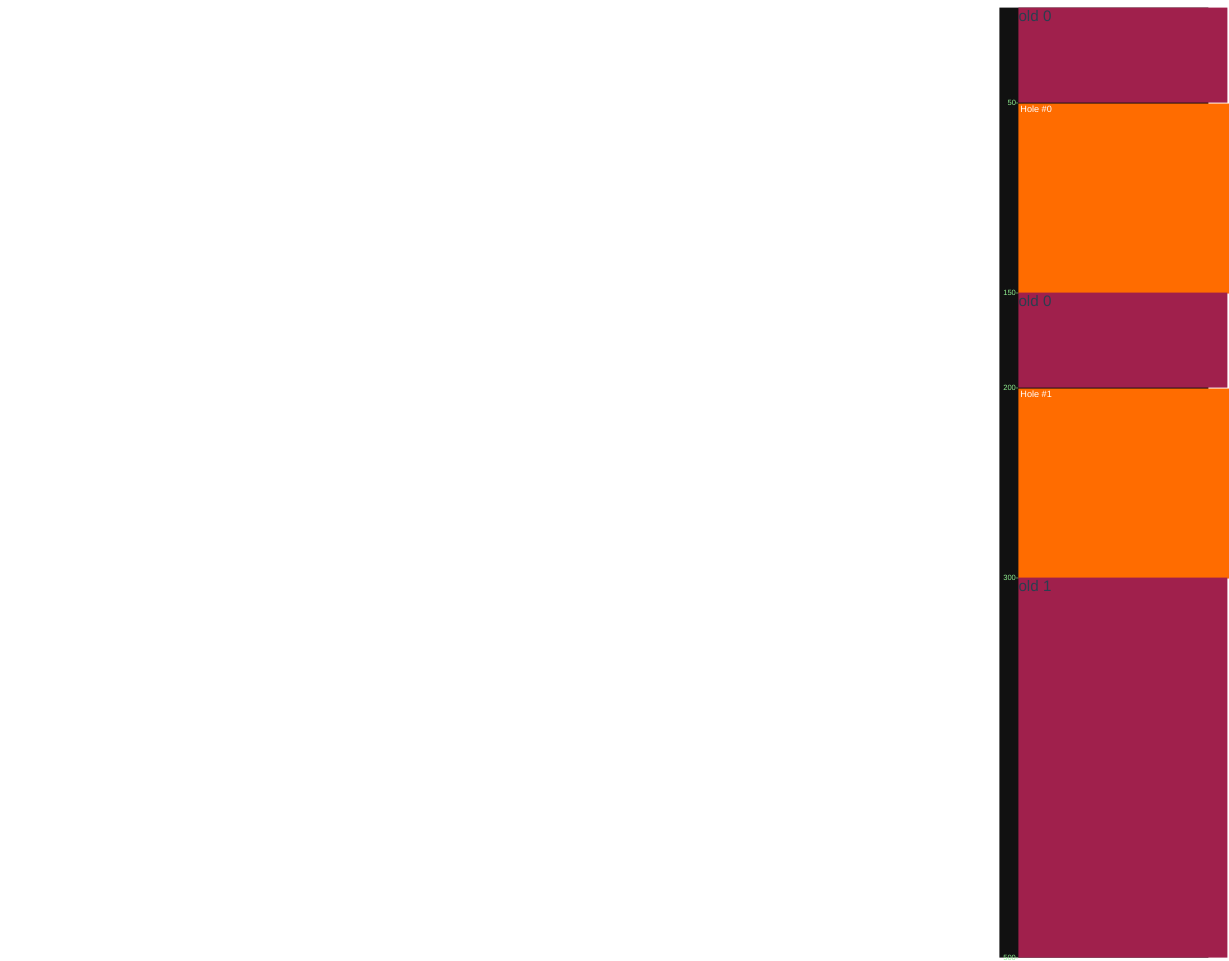
Repository: atout811/memory-allocation-project
Page: /#/final
These files come from the project's save history. The page is drawn as it stood at one moment and after the next save; the edit follows.
The browser window is 1280 px wide. The page is 1294 px wide, so the pictures cover 1294 px, including what lies to the right of the window. The pictures show the whole page, at 95% of full size.
The project was rebuilt for these pictures with package versions that can differ from the ones it lists, and the page was loaded fresh each time. Also part of the build but not shown: src/views/MemoryAndHoles.vue, src/views/Process.vue, src/views/Methods.vue.

Above is the page before, as saved 2021-06-09 21:11:52.

### src/App.vue
<template>
  <router-view v-slot="{ Component }">
    <transition name="fade" mode="out-in">
      <component :is="Component" />
    </transition>
  </router-view>
</template>
<script>
import MemHole from "./views/MemoryAndHoles.vue";
export default {
  name: "App",
  components: { MemHole },
};
</script>
<style lang="scss">
#app {
  font-family: Avenir, Helvetica, Arial, sans-serif;
  -webkit-font-smoothing: antialiased;
  -moz-osx-font-smoothing: grayscale;
  text-align: center;
  color: #2c3e50;
  display: flex;
  flex-direction: column;
  align-items: center;
}
a {
  font-weight: bold;
  color: #42b983;

  &.router-link-exact-active {
    color: #42b983;
  }
}
.fade-enter-active,
.fade-leave-active {
  transition: opacity 0.5s ease;
}
.fade-enter-from, .fade-leave-to /* .fade-leave-active below version 2.1.8 */ {
  opacity: 0;
}
</style>

### src/router/index.js
import { createRouter, createWebHashHistory } from "vue-router";
import Process from "../views/Process";
import MemoryAndHoles from "../views/MemoryAndHoles";
import Methods from "../views/Methods";
import Final from "../views/Final";

const routes = [
  {
    path: "/",
    name: "Home",
    component: MemoryAndHoles,
  },
  {
    path: "/process",
    name: "Process",
    component: Process,
  },
  {
    path: "/methods",
    name: "Methods",
    component: Methods,
  },
  {
    path: "/final",
    name: "Final",
    component: Final,
  },
];

const router = createRouter({
  history: createWebHashHistory(),
  routes,
});

export default router;

### src/store/index.js
import { createStore } from "vuex";

export default createStore({
  state: {
    input: {
      memSize: 500,
      Holes: [
        { starting: 50, size: 100 },
        { starting: 200, size: 100 },
      ],
      Processes: [
        {
          name: "P0",
          segments: [
            { name: "code", size: 10 },
            { name: "stack", size: 5 },
            { name: "data", size: 20 },
          ],
        },
        {
          name: "P1",
          segments: [
            { name: "code", size: 15 },
            { name: "stack", size: 20 },
            { name: "data", size: 30 },
          ],
        },
      ],
      Method: "first-fit",
    },
  },
  mutations: {},
  actions: {},
  modules: {},
});

### src/views/Final.vue
<template>
  <div class="memory"></div>
</template>

<script>
export default {
  name: "Final",

  data() {
    return {
      data: this.$store.state.input,
    };
  },
  mounted: function () {
    const memory = document.querySelector(".memory");
    const scale = 2;

    let totalMemorySize = this.data.memSize;
    // const submitbtn = document.getElementById("submit")
    // const memSize = document.getElementById("memSize")
    // submitbtn.onclick=()=>{
    //     let val = memSize.value
    //     let intval = parseInt(val)
    //     memSize.value =intval
    //     totalMemorySize=intval
    //     renderMemory()
    // }
    // let holes = [
    //   [140, 100],
    //   [40, 80],
    //   [260, 50],
    //   [340, 30],
    //   [400, 80],
    //   [450, 60],
    //   [510, 20],
    // ];
    let holes = this.data.Holes.map((item) => [item.starting, item.size]);

    function orderHoles() {
      holes = holes.sort((a, b) => a[0] - b[0]);
    }
    function renderMemory() {
      memory.style.height = `${totalMemorySize * scale}px`;
    }
    renderMemory();
    // let processes = [
    //   [null, { code: [10], data: [30], stack: [16] }, "p1"],
    //   [null, { code: [15], data: [30], stack: [25] }, "p3"],
    //   [null, { code: [10], data: [40], stack: [18] }, "p2"],
    //   [null, { code: [12], data: [10], stack: [12] }, "p4"],
    // ]; //start,size,name
    // let segmetns = this.data.Processes.segments
    let obj = {};
    let test = this.data.Processes.map((item) => [
      null,
      item.segments.forEach((el) => {
        obj[el.name] = [Number(el.size)];
      }),
      item.name,
    ]);
    let processes = test.map((item) => [null, obj, item.name]);
    let OldProcess = [];
    console.log("processess: ", processes);

    function generateOldProcess() {
      const firstHoleStart = holes[0][0];

      if (firstHoleStart > 0) OldProcess.push([0, firstHoleStart, `old ${0}`]);

      for (let h = 0; h < holes.length; h++) {
        const holeStart = holes[h][0];
        const HoleSize = holes[h][1];
        const HoleEnd = holeStart + HoleSize;

        if (h === holes.length - 1) {
          const lastHole = totalMemorySize - HoleEnd;
          if (HoleEnd < totalMemorySize)
            OldProcess.push([HoleEnd, lastHole, `old ${h}`]);
        } else {
          const nextStart = holes[h + 1][0];
          OldProcess.push([HoleEnd, nextStart - HoleEnd, `old ${h}`]);
        }
      }
    }
    // alert(holes[0][0])
    function renderHoles(type, holes) {
      // holes ==>
      for (let hole = 0; hole < holes.length; hole += 1) {
        const startingIndex = holes[hole][0];
        const size = holes[hole][1];

        // alert(hole)
        const holeBox = document.createElement("div");
        if (type === "old") {
          holeBox.innerText = holes[hole][2];
          holeBox.classList.add("oldProcess");
        } else if (type === "hole") {
          holeBox.innerText = "Hole #" + hole;
          holeBox.classList.add("hole");
        } else if (type === "process") {
          holeBox.innerText = holes[hole][2];
          holeBox.classList.add("process");
        }

        holeBox.style.top = `${startingIndex * scale}px`;
        holeBox.style.height = `${size * scale}px`;
        const endSize = document.createElement("span");
        const endSizeContainer = document.createElement("div");
        endSizeContainer.classList.add("endSizeContainer");
        endSizeContainer.appendChild(endSize);
        endSize.innerText = startingIndex + size;

        endSize.classList.add("holeEndIndex");
        if (startingIndex !== null) {
          holeBox.appendChild(endSizeContainer);
          memory.appendChild(holeBox);
        } else {
          // ERROR THE PROCESS CAN'T BE ALLOCATED
        }
      }
    }

    const totalProcessSize = (process) =>
      Object.values(process).reduce((prev, acc) => prev + acc);

    function allocate() {
      for (let p = 0; p < processes.length; p++) {
        // DON'T TOUCH MY SHIT 😡😡😡
        firstFit(processes[p]);
      }
    }

    function firstFit(p, totalProcessSize) {
      // forEach segment loop over the holes
      // create a temp allocation array
      // that array
      // const size =totalProcessSize
      const [IsAllocated, segments, processName] = p;

      let tempHoles = [...holes];
      console.log("tempHoles", tempHoles);

      Object.entries(segments).forEach(([name, value]) => {
        console.log("yalalaaaghwwyyy", value);
        tempHoles.every((hole, index) => {
          const [holeStart, holeSize] = hole;
          let size = value.size;

          if (size <= holeSize) {
            value[1] = tempHoles[index][0];
            const segEnd = size + holeStart;
            tempHoles[index][0] = segEnd;
            tempHoles[index][1] = tempHoles[index][1] - size;
            return false;
          } else {
            return true;
          }
        });
      });
      // segments.forEach(({ size }) => {
      //   tempHoles.every((hole, index) => {
      //     const [holeStart, holeSize] = hole;
      //     // let [size, segmentStartingIndex] = value;

      //     if (size <= holeSize) {
      //       size = tempHoles[index][0];
      //       const segEnd = size + holeStart;
      //       tempHoles[index][0] = segEnd;
      //       tempHoles[index][1] = tempHoles[index][1] - size;
      //       return false;
      //     } else {
      //       return true;
      //     }
      //   });
      // });

      // if(size<holeSize){
      //     p[0] = holeStart
      //     const processEnd = holeStart+size
      //     holes[h][0] = processEnd
      //     holes[h][1]= holes[h][1] - size
      //     return
      //     //update the hole
      // }

      console.log("PROCESS", processes);
    }

    function renderProcess() {
      processes.forEach((p) => {
        // if(accumalatedStartingIndex!==undefined){

        // loop over segments:
        Object.keys(p[1]).forEach((s) => {
          console.log("SEGMEMT", [p[1][s][1], [p[1][s]][0]]);
          renderHoles("process", [[p[1][s][1], p[1][s][0], `${p[2]}:${s}`]]);
          // accumalatedStartingIndex+=p[1][s]
        });
        // }else{
        // PROCESS CAN NOT BE ALLOCATED (NO ENGOUGH SPACE!)
        // }
      });
    }

    function concateHoles() {
      holes.forEach((h, index) => {
        const [start, size] = h;
        if (index < holes.length - 1) {
          const end = start + size;
          const [nextStart, nextSize] = holes[index + 1];
          if (end >= nextStart) {
            holes[index][1] = nextStart + nextSize - start;
            holes = [...holes.slice(0, index + 1), ...holes.slice(index + 2)];
            concateHoles();
          }
        }
      });
    }

    function deleteProcess(processName, isOld) {
      // create a hole
      let start, ProcessSize, AfterDelete, segments;
      if (isOld) {
        // deleteProcess()
        const processIndex = OldProcess.findIndex((p) => p[2] === processName);
        AfterDelete = [
          ...OldProcess.slice(0, processIndex),
          ...OldProcess.slice(processIndex + 1),
        ];
        // [start,segments,name] =processes[processIndex]
        start = OldProcess[processIndex][0];
        ProcessSize = OldProcess[processIndex][1];

        OldProcess = AfterDelete;
        holes.push([start, ProcessSize]);
      } else {
        const processIndex = processes.findIndex((p) => p[2] === processName);
        console.log("INDDDEX", processIndex);
        AfterDelete = [
          ...processes.slice(0, processIndex),
          ...processes.slice(processIndex + 1),
        ];
        //  recover Holes
        const [starter, segments] = processes[processIndex];
        Object.values(segments).forEach(([size, starting]) => {
          console.log(size, starting);
          holes.push([starting, size]);
        });
        processes = AfterDelete;
      }

      orderHoles();
      concateHoles();
      // [null,{code:10,data:30,stack:16},"p1"]
      render();
    }
    orderHoles();
    concateHoles();
    generateOldProcess();
    // deleteProcess("old 0",true)
    // deleteProcess("old 2",true)

    function clear() {
      while (memory.firstChild) {
        memory.removeChild(memory.lastChild);
      }
    }

    function render() {
      clear();
      renderHoles("hole", holes);
      renderHoles("old", OldProcess);
      // renderProcess();
    }
    render();
    // deleteProcess("p2", false);
    // deleteProcess("p1", false);
    // deleteProcess("p4", false);
  },
};
</script>

<style scoped >
.memory {
  background-color: #111;
  /* padding: 20px; */
  /* border-radius: 5px; */
  display: flex;
  flex-direction: column;
  width: 200px;
  align-self: flex-end;
  height: 1150px;
  /* top: 5%; */
  position: absolute;
  padding-left: 20px;
  /* overflow: hidden; */
}
.memory >>> .hole {
  background-color: #ff6c00;
  /* border: 0.7px solid #0f0; */

  margin-top: 1px;
  /* height: 100px; */
  display: flex;
  /* align-self: center; */
  width: 100%;

  /* align-items: center; */
  /* justify-content: center; */
  position: absolute;
}
.memory >>> .oldProcess {
  background-color: #a0204c;
  /* border: 0.7px solid darkred; */
  display: flex;

  width: 100%;
  position: absolute;
}
.memory >>> .process {
  background-color: #23103a;
  /* border-bottom: 0.7px solid #eae7af; */
  border-top: 0.7px solid lightgreen;
  display: flex;
  width: 100%;
  position: absolute;
}

.memory >>> .hole,
.oldProcess,
.process {
  font-size: 0.6rem;
  text-transform: capitalize;
  padding-left: 2px;
  color: #fff;
}

.memory >>> .endSizeContainer {
  /* background-color: red !important; */
  width: 20px;
  z-index: 1000;
  color: lightgreen !important;
  color: #ccc;
  font-size: 0.5rem;

  position: absolute;
  top: calc(100% - 5.4px);
  text-align: right;
  display: block;
  left: -20px;
}
.memory >>> .holeEndIndex::after {
  content: "-";
}
</style>

Loaded but not shown: public/index.html (common file); src/main.js (common file)

After the next save:
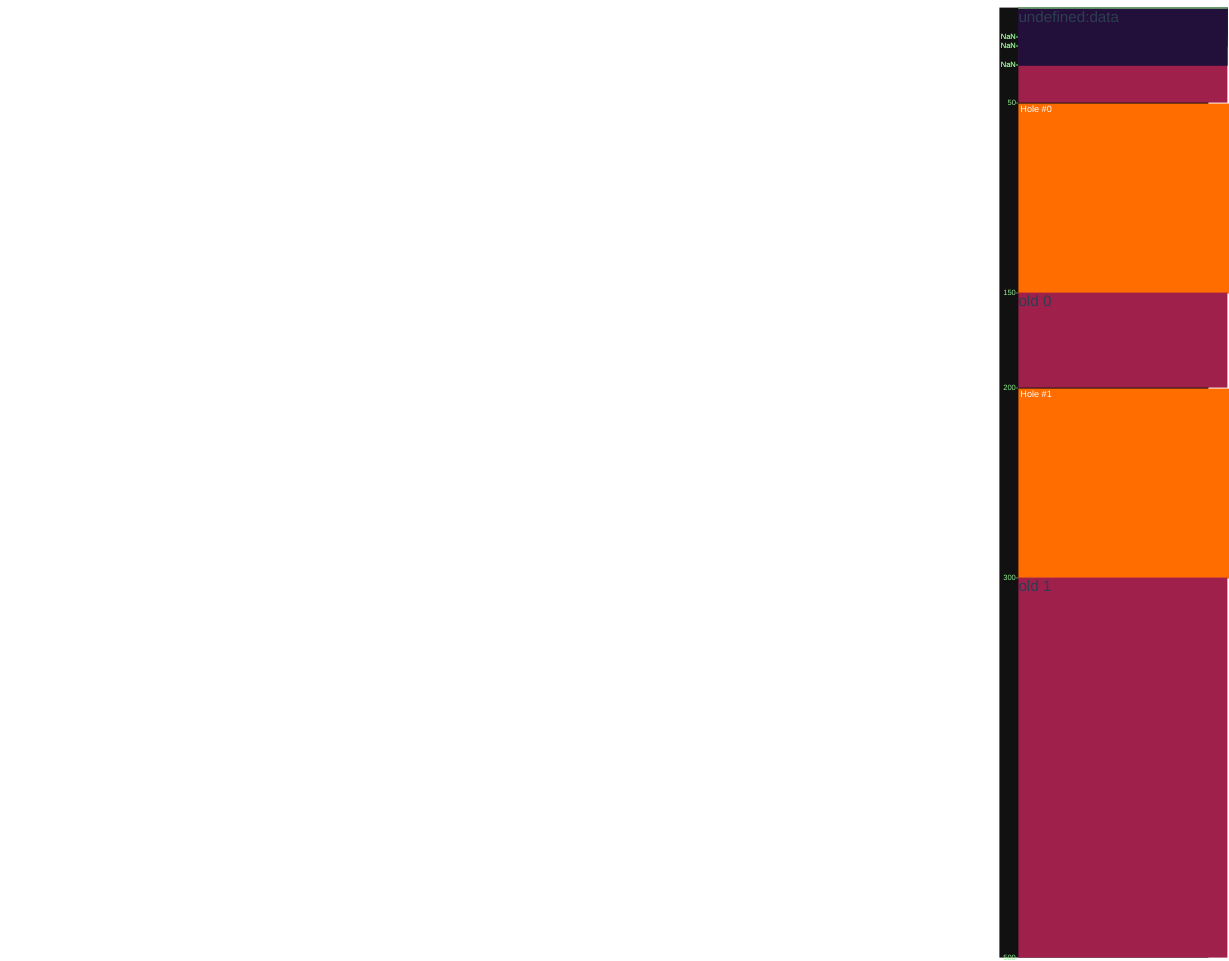
Saved 33 s later.
--- a/src/views/Final.vue
+++ b/src/views/Final.vue
@@ -265,12 +265,12 @@ export default {
         memory.removeChild(memory.lastChild);
       }
     }
-
+    allocate();
     function render() {
       clear();
       renderHoles("hole", holes);
       renderHoles("old", OldProcess);
-      // renderProcess();
+      renderProcess();
     }
     render();
     // deleteProcess("p2", false);
